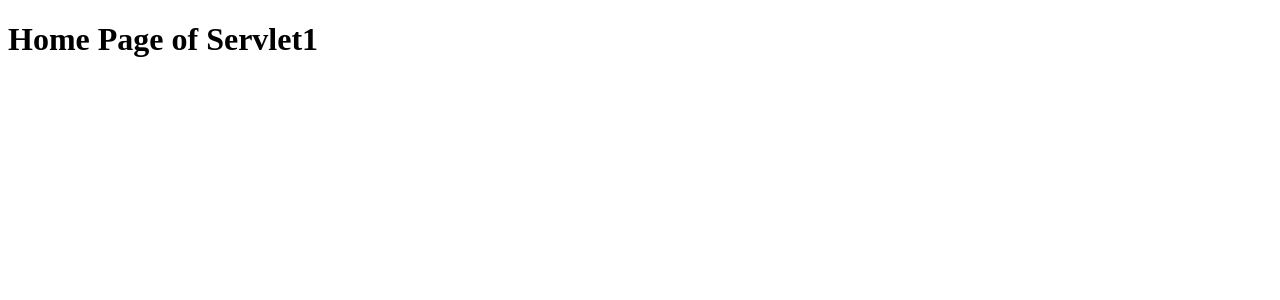
Repository: Gouravgilhare/Servlet
Page: http://localhost/SERVLET1/
The author's editor kept a copy of each file at every save. The page is drawn from the files as they stood at one save, then again after the next save.
The browser window is 1280 px wide. The pictures show the whole page.
The page is served by Tomcat 9. Other server files are loaded and not shown.

Above is the page before, as saved 2025-07-16 06:49:53.

### SERVLET1/src/main/webapp/index.jsp
<%@ page language="java" contentType="text/html; charset=UTF-8"
    pageEncoding="UTF-8"%>
<!DOCTYPE html>
<html>
<head>
<meta charset="UTF-8">
<title>Home Page</title>
<link rel="stylesheet" href="">
</head>
<body>

	<div class="container-fluid">
		<div class="row">
			<h1>Home Page of Servlet1</h1>
		</div>

	</div>
</body>
</html>

After the next save:
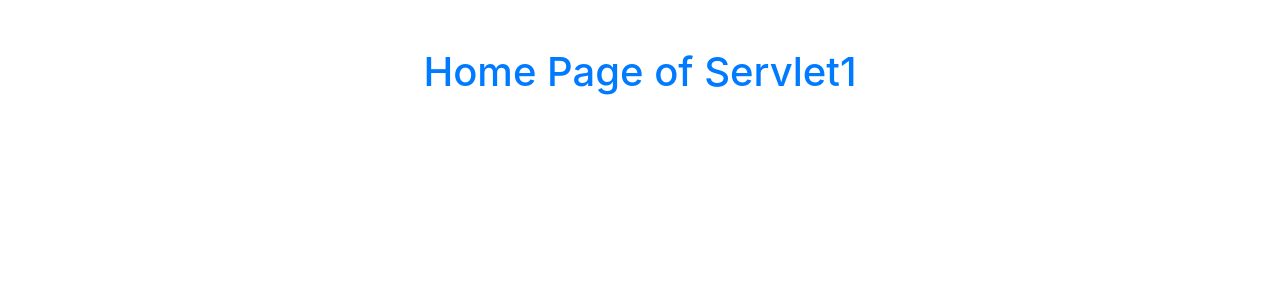
Saved 4 min 16 s later.
--- a/SERVLET1/src/main/webapp/index.jsp
+++ b/SERVLET1/src/main/webapp/index.jsp
@@ -5,15 +5,17 @@
 <head>
 <meta charset="UTF-8">
 <title>Home Page</title>
-<link rel="stylesheet" href="">
+<link rel="stylesheet" href="https://maxcdn.bootstrapcdn.com/bootstrap/4.5.2/css/bootstrap.min.css">
+
 </head>
 <body>
+<div class="container-fluid mt-5">
+    <div class="row">
+        <div class="col text-center">
+            <h1 class="text-primary">Home Page of Servlet1</h1>
+        </div>
+    </div>
+</div>
 
-	<div class="container-fluid">
-		<div class="row">
-			<h1>Home Page of Servlet1</h1>
-		</div>
-
-	</div>
 </body>
 </html>
